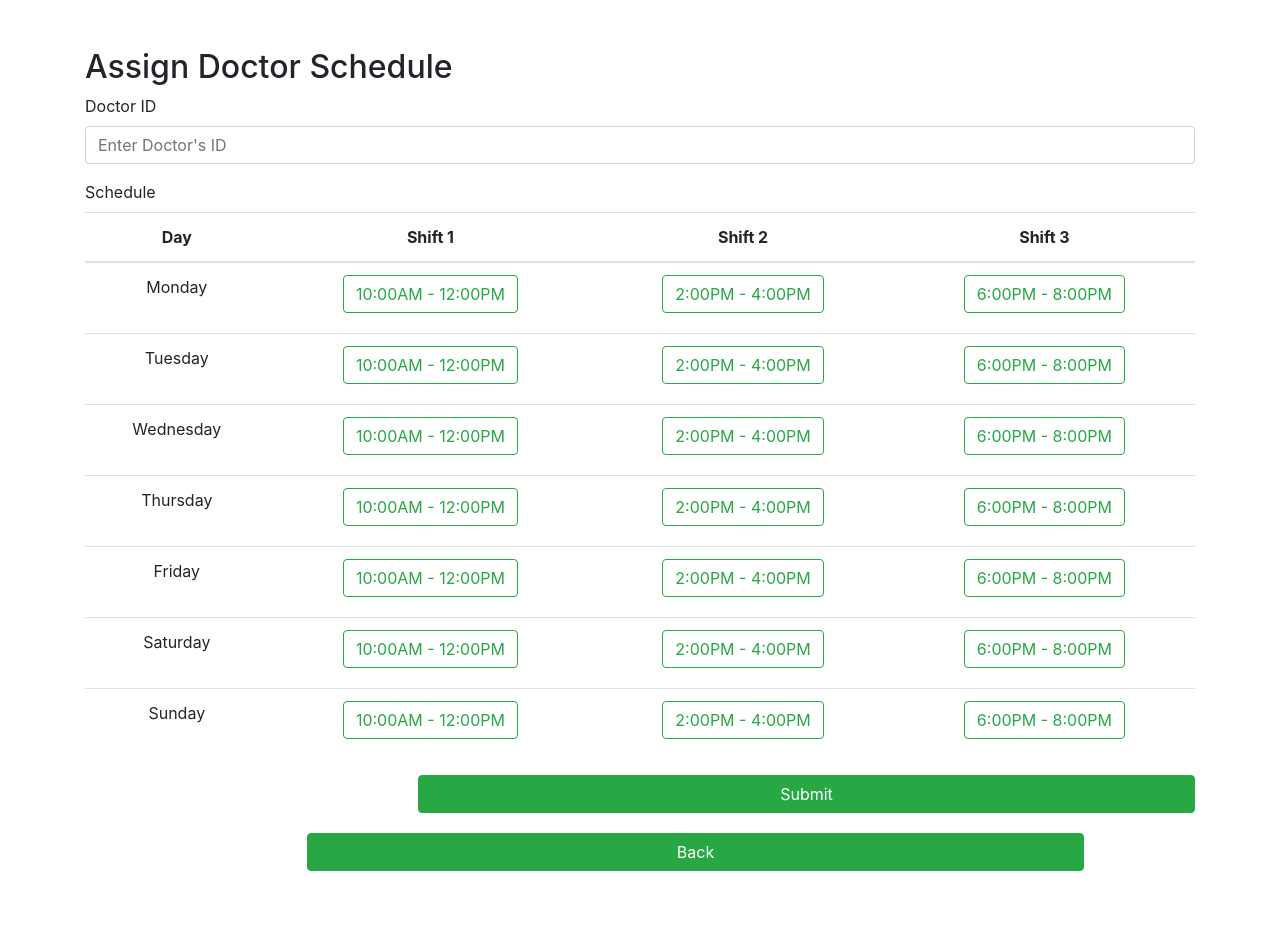
Repository: theonlymono/FitfinityHealthcareWebsiteJ2EE
Page: http://localhost/Fitfinity/DrSchedule.jsp
These files come from the project's save history. The page is drawn as it stood at one moment and after the next save; the edit follows.
The browser window is 1280 px wide. The pictures show the whole page.
Some web libraries are served in a nearby version. The page is served by Tomcat 9. Other server files are loaded and not shown.

Above is the page before, as saved 2024-02-27 18:27:03.

### fitfinity/Fitfinity/WebContent/DrSchedule.jsp
<%@ page language="java" contentType="text/html; charset=UTF-8" pageEncoding="UTF-8"%>
<!DOCTYPE html>
<html lang="en">
<head>
  <meta charset="UTF-8">
  <meta name="viewport" content="width=device-width, initial-scale=1.0">
  <title>Assign Doctor Schedule</title>
  <!-- Bootstrap CSS -->
  <link href="https://stackpath.bootstrapcdn.com/bootstrap/4.5.2/css/bootstrap.min.css" rel="stylesheet">
  <!-- Custom CSS -->
  <style>
    /* Add custom styles here */
    .shift-btn {
      margin-right: 10px;
      margin-bottom: 5px;
      display: none; /* Hide actual checkboxes */
    }
    .shift-btn.active-label {
      background-color: #007bff;
      color: #fff;
    }
    .shift-btn.active-label::before {
      content: "✔"; /* Display checkmark */
      margin-right: 5px;
    }
    .shift-btn:checked + label {
      background-color: #007bff;
      color: #fff;
    }
    th {
      text-align: center;
    }
    td {
      text-align: center;
    }
    .ddd{
     te
    }
  </style>
</head>
<body>
  <div class="container">
    <h2 class="mt-5">Assign Doctor Schedule</h2>
    <form action="AddDoctorSchedule" method="post">
      <div class="form-group">
        <label for="doctorID">Doctor ID</label>
        <input type="text" class="form-control" id="doctorID" name="doctorID" placeholder="Enter Doctor's ID">
      </div>
      <div class="form-group">
        <label>Schedule</label>
        <table class="table">
          <thead>
            <tr>
              <th>Day</th>
              <th>Shift 1</th>
              <th>Shift 2</th>
              <th>Shift 3</th>
            </tr>
          </thead>
          <tbody>
            <tr>
              <td>Monday</td>
              <td>
                <input type="checkbox" id="mondayShift1" class="shift-btn" name="shift" value="Monday,10:00AM - 12:00PM">
                <label for="mondayShift1" class="btn btn-outline-success shift-btn-label">10:00AM - 12:00PM</label>
              </td>
              <td>
                <input type="checkbox" id="mondayShift2" class="shift-btn" name="shift" value="Monday,2:00PM - 4:00PM">
                <label for="mondayShift2" class="btn btn-outline-success shift-btn-label">2:00PM - 4:00PM</label>
              </td>
              <td>
                <input type="checkbox" id="mondayShift3" class="shift-btn" name="shift" value="Monday,6:00PM - 8:00PM">
                <label for="mondayShift3" class="btn btn-outline-success shift-btn-label">6:00PM - 8:00PM</label>
              </td>
            </tr>
            <!-- Repeat rows for other days -->
            <!-- Tuesday -->
            <tr>
              <td>Tuesday</td>
              <td>
                <input type="checkbox" id="tuesdayShift1" class="shift-btn" name="shift" value="Tuesday,10:00AM - 12:00PM">
                <label for="tuesdayShift1" class="btn btn-outline-success shift-btn-label">10:00AM - 12:00PM</label>
              </td>
              <td>
                <input type="checkbox" id="tuesdayShift2" class="shift-btn" name="shift" value="Tuesday,2:00PM - 4:00PM">
                <label for="tuesdayShift2" class="btn btn-outline-success shift-btn-label">2:00PM - 4:00PM</label>
              </td>
              <td>
                <input type="checkbox" id="tuesdayShift3" class="shift-btn" name="shift" value="Tuesday,6:00PM - 8:00PM">
                <label for="tuesdayShift3" class="btn btn-outline-success shift-btn-label">6:00PM - 8:00PM</label>
              </td>
            </tr>
            <!-- Repeat rows for other days -->
            <!-- Wednesday -->
            <tr>
              <td>Wednesday</td>
              <td>
                <input type="checkbox" id="wednesdayShift1" class="shift-btn" name="shift" value="Wednesday,10:00AM - 12:00PM">
                <label for="wednesdayShift1" class="btn btn-outline-success shift-btn-label">10:00AM - 12:00PM</label>
              </td>
              <td>
                <input type="checkbox" id="wednesdayShift2" class="shift-btn" name="shift" value="Wednesday,2:00PM - 4:00PM">
                <label for="wednesdayShift2" class="btn btn-outline-success shift-btn-label">2:00PM - 4:00PM</label>
              </td>
              <td>
                <input type="checkbox" id="wednesdayShift3" class="shift-btn" name="shift" value="Wednesday,6:00PM - 8:00PM">
                <label for="wednesdayShift3" class="btn btn-outline-success shift-btn-label">6:00PM - 8:00PM</label>
              </td>
            </tr>
            <!-- Repeat rows for other days -->
            <!-- Thursday -->
            <tr>
              <td>Thursday</td>
              <td>
                <input type="checkbox" id="thursdayShift1" class="shift-btn" name="shift" value="Thursday,10:00AM - 12:00PM">
                <label for="thursdayShift1" class="btn btn-outline-success shift-btn-label">10:00AM - 12:00PM</label>
              </td>
              <td>
                <input type="checkbox" id="thursdayShift2" class="shift-btn" name="shift" value="Thursday,2:00PM - 4:00PM">
                <label for="thursdayShift2" class="btn btn-outline-success shift-btn-label">2:00PM - 4:00PM</label>
              </td>
              <td>
                <input type="checkbox" id="thursdayShift3" class="shift-btn" name="shift" value="Thursday,6:00PM - 8:00PM">
                <label for="thursdayShift3" class="btn btn-outline-success shift-btn-label">6:00PM - 8:00PM</label>
              </td>
            </tr>
            <!-- Repeat rows for other days -->
            <!-- Friday -->
            <tr>
              <td>Friday</td>
              <td>
                <input type="checkbox" id="fridayShift1" class="shift-btn" name="shift" value="Friday,10:00AM - 12:00PM">
                <label for="fridayShift1" class="btn btn-outline-success shift-btn-label">10:00AM - 12:00PM</label>
              </td>
              <td>
                <input type="checkbox" id="fridayShift2" class="shift-btn" name="shift" value="Friday,2:00PM - 4:00PM">
                <label for="fridayShift2" class="btn btn-outline-success shift-btn-label">2:00PM - 4:00PM</label>
              </td>
              <td>
                <input type="checkbox" id="fridayShift3" class="shift-btn" name="shift" value="Friday,6:00PM - 8:00PM">
                <label for="fridayShift3" class="btn btn-outline-success shift-btn-label">6:00PM - 8:00PM</label>
              </td>
            </tr>
            <!-- Repeat rows for other days -->
            <!-- Saturday -->
            <tr>
              <td>Saturday</td>
              <td>
                <input type="checkbox" id="saturdayShift1" class="shift-btn" name="shift" value="Saturday,10:00AM - 12:00PM">
                <label for="saturdayShift1" class="btn btn-outline-success shift-btn-label">10:00AM - 12:00PM</label>
              </td>
              <td>
                <input type="checkbox" id="saturdayShift2" class="shift-btn" name="shift" value="Saturday,2:00PM - 4:00PM">
                <label for="saturdayShift2" class="btn btn-outline-success shift-btn-label">2:00PM - 4:00PM</label>
              </td>
              <td>
                <input type="checkbox" id="saturdayShift3" class="shift-btn" name="shift" value="Saturday,6:00PM - 8:00PM">
                <label for="saturdayShift3" class="btn btn-outline-success shift-btn-label">6:00PM - 8:00PM</label>
              </td>
            </tr>
            <!-- Repeat rows for other days -->
            <!-- Sunday -->
            <tr>
              <td>Sunday</td>
              <td>
                <input type="checkbox" id="sundayShift1" class="shift-btn" name="shift" value="Sunday,10:00AM - 12:00PM">
                <label for="sundayShift1" class="btn btn-outline-success shift-btn-label">10:00AM - 12:00PM</label>
              </td>
              <td>
                <input type="checkbox" id="sundayShift2" class="shift-btn" name="shift" value="Sunday,2:00PM - 4:00PM">
                <label for="sundayShift2" class="btn btn-outline-success shift-btn-label">2:00PM - 4:00PM</label>
              </td>
              <td>
                <input type="checkbox" id="sundayShift3" class="shift-btn" name="shift" value="Sunday,6:00PM - 8:00PM">
                <label for="sundayShift3" class="btn btn-outline-success shift-btn-label">6:00PM - 8:00PM</label>
              </td>
            </tr>
          </tbody>
        </table>
      </div>
      <button style="margin-left: 30%; width: 70%; " type="submit" class="btn btn-success">Submit</button>
    </form>
    <button style="margin-top: 20px; margin-left: 20%; width: 70%; " type="submit" class="btn btn-success">Back</button>
    <br>
    <br>
    <br>
    <br>
  </div>

  <!-- Bootstrap JS -->
  <script src="https://code.jquery.com/jquery-3.5.1.slim.min.js"></script>
  <script src="https://cdn.jsdelivr.net/npm/@popperjs/core@2.5.4/dist/umd/popper.min.js"></script>
  <script src="https://stackpath.bootstrapcdn.com/bootstrap/4.5.2/js/bootstrap.min.js"></script>
  <!-- Custom JS -->
  <script>
    // Disable selecting other shifts in the same day once one shift is selected
    $('.shift-btn').click(function() {
      var day = $(this).parent().prevAll('td').last().text().trim();
      $('.shift-btn').each(function() {
        if ($(this).parent().prevAll('td').last().text().trim() === day && $(this).hasClass('active')) {
          $(this).prop('checked', false);
          $(this).removeClass('active');
        }
      });
      $(this).addClass('active');
    });
  </script>
</body>
</html>

After the next save:
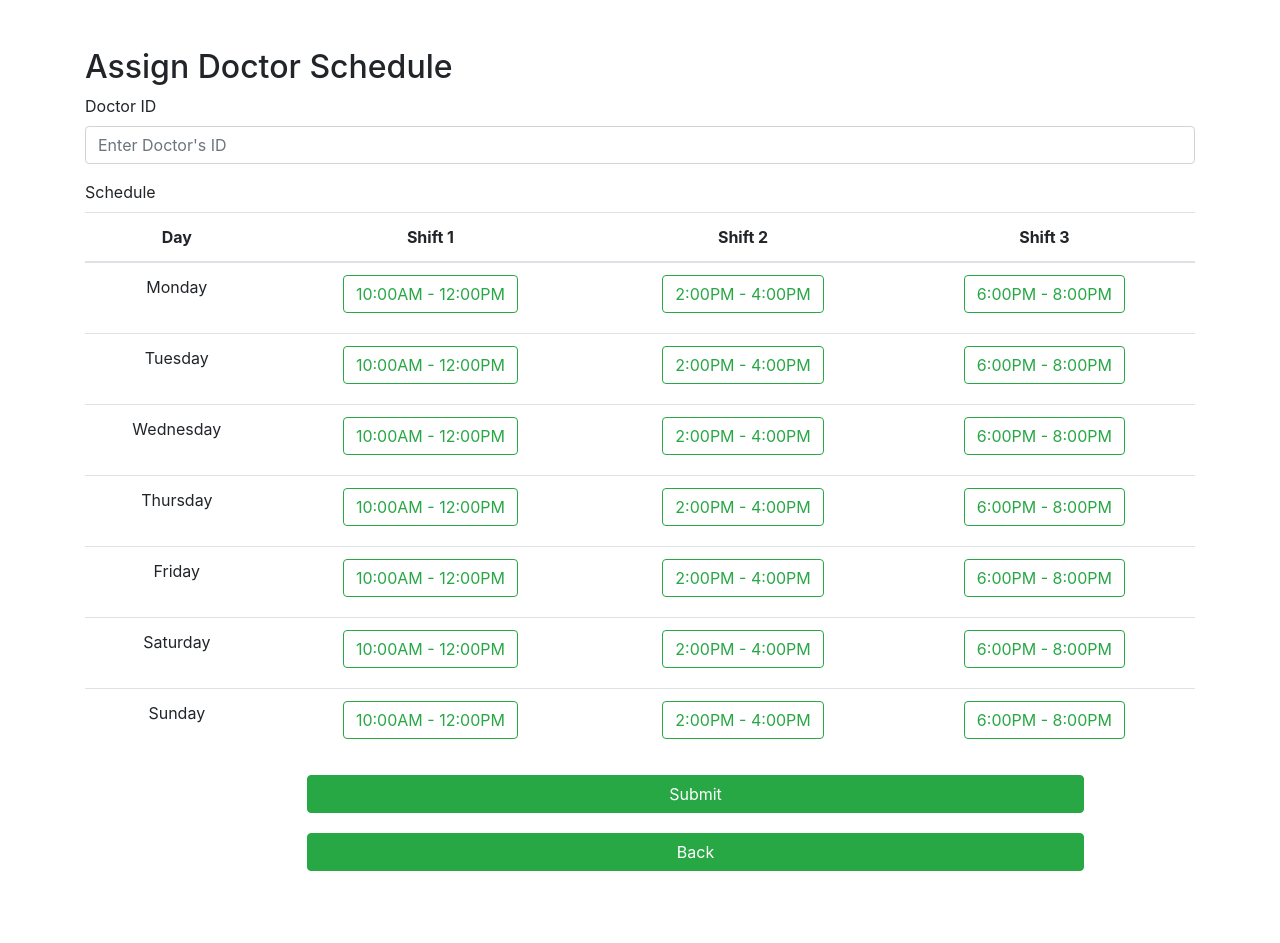
Saved 4 s later.
--- a/fitfinity/Fitfinity/WebContent/DrSchedule.jsp
+++ b/fitfinity/Fitfinity/WebContent/DrSchedule.jsp
@@ -178,7 +178,7 @@
           </tbody>
         </table>
       </div>
-      <button style="margin-left: 30%; width: 70%; " type="submit" class="btn btn-success">Submit</button>
+      <button style="margin-left: 20%; width: 70%; " type="submit" class="btn btn-success">Submit</button>
     </form>
     <button style="margin-top: 20px; margin-left: 20%; width: 70%; " type="submit" class="btn btn-success">Back</button>
     <br>
